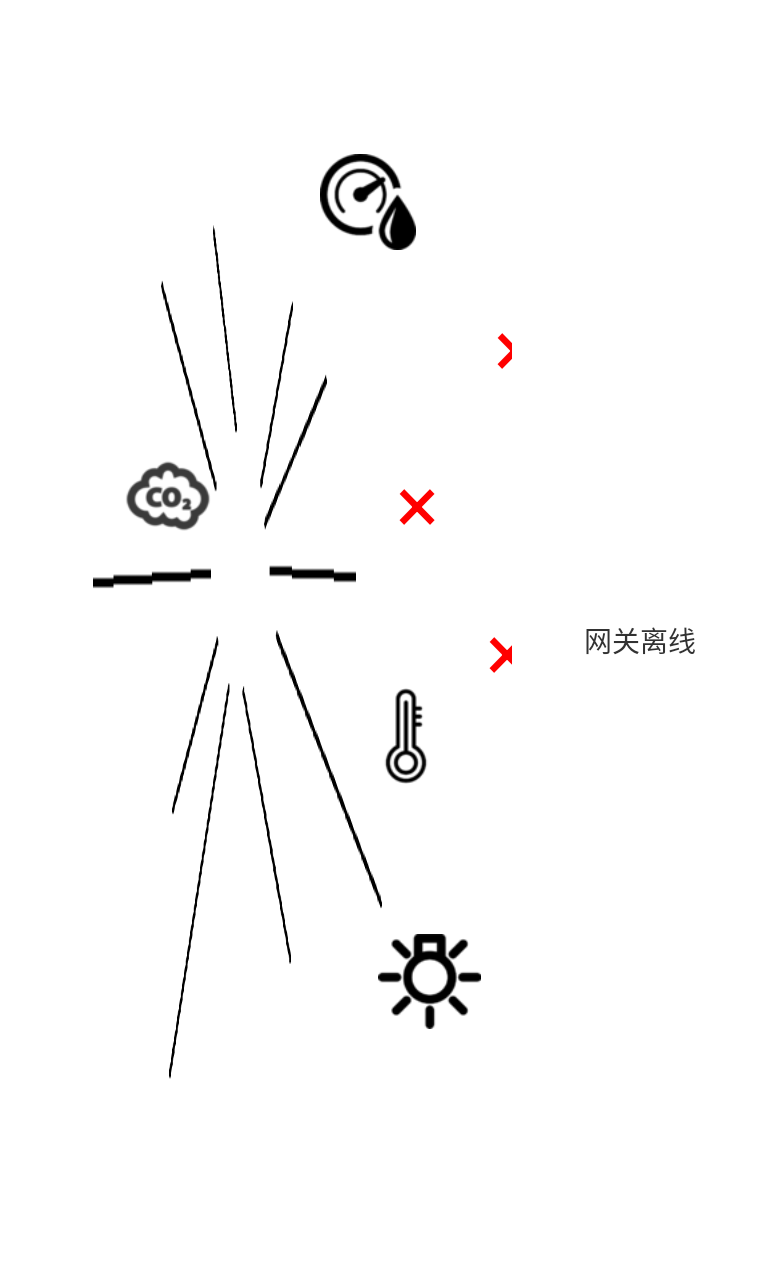
Repository: HuaAndLi/guosai2019-android-code
Layout: 国赛Android代码最优代码/A/SmartHome/res/layout/activity_conn.xml
The author's editor kept a copy of each file at every save. The layout is drawn from the files as they stood at one save, then again after the next save.
It is drawn on a 768 x 1280 px phone screen (xhdpi) without system bars, with theme android:Theme.Holo.Light.NoActionBar.Fullscreen; the app's code is not run.

Above is the layout before, as saved 2019-05-13 10:12:09.

After the next save:
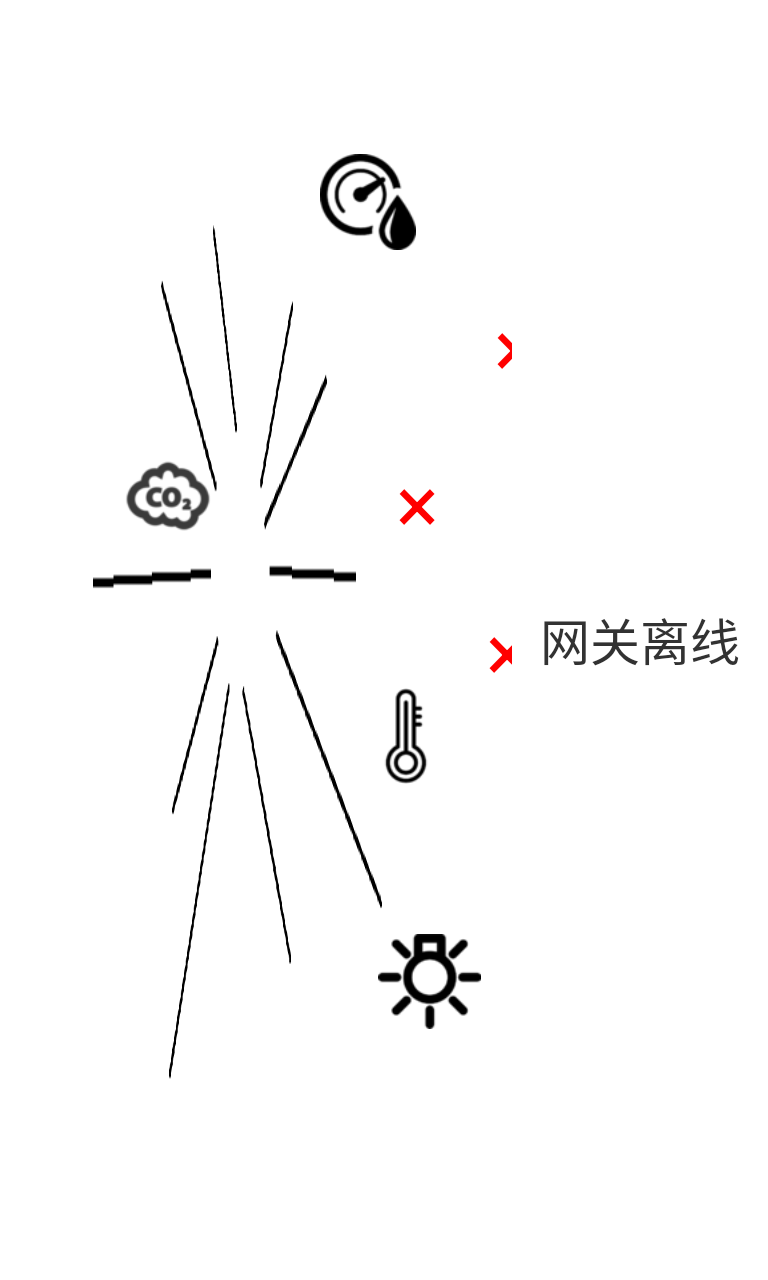
Saved 26 s later.
--- a/国赛Android代码最优代码/A/SmartHome/res/layout/activity_conn.xml
+++ b/国赛Android代码最优代码/A/SmartHome/res/layout/activity_conn.xml
@@ -205,13 +205,15 @@
             <TextView
                 android:layout_width="wrap_content"
                 android:layout_height="wrap_content"
-                android:text="网关" />
+                android:text="网关"
+                android:textSize="25sp" />
 
             <TextView
                 android:id="@+id/tv1"
                 android:layout_width="wrap_content"
                 android:layout_height="wrap_content"
-                android:text="离线" />
+                android:text="离线"
+                android:textSize="25sp" />
         </LinearLayout>
     </LinearLayout>
 
